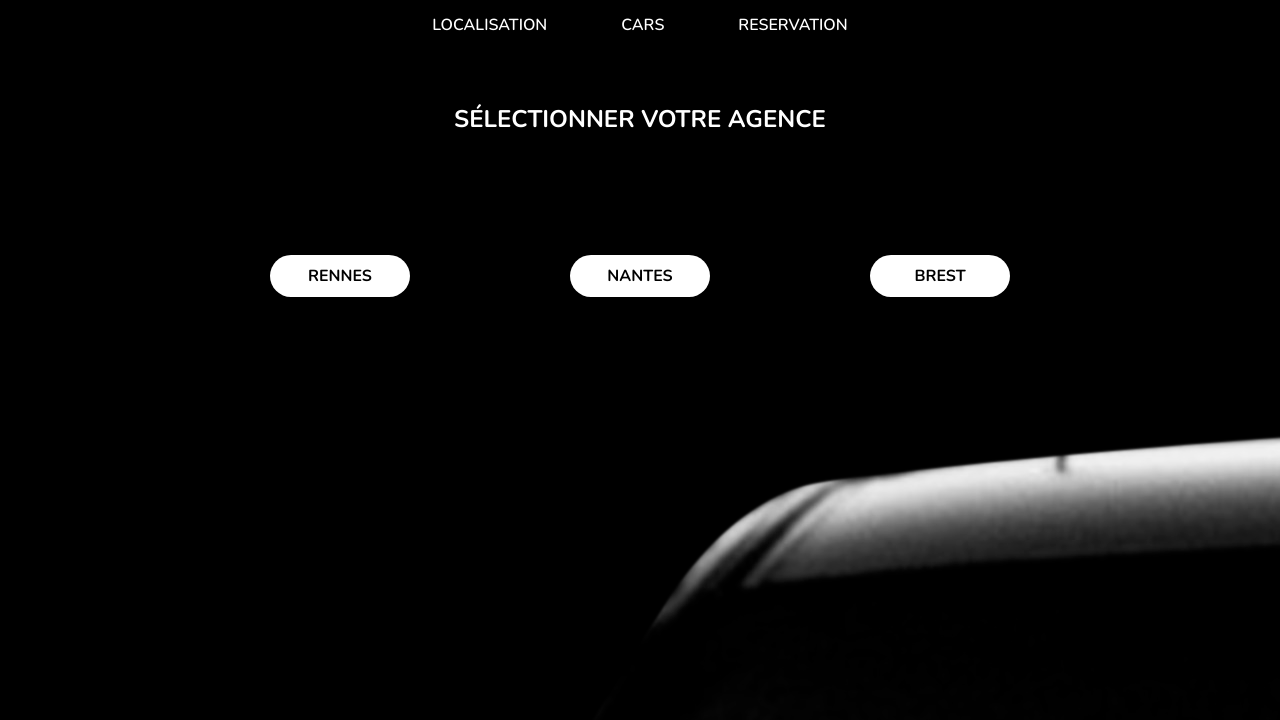
Repository: romgrm/jenaipasdevoiture
Page: src/main/java/fr/romgrm/index.html
These files come from the project's save history. The page is drawn as it stood at one moment and after the next save; the edit follows.
The browser window is 1280 px wide. The pictures show the whole page.
An inner scrolling area shows only its first screen. Some web libraries are served in a nearby version.

Above is the page before, as saved 2020-10-16 16:04:25.

### src/main/java/fr/romgrm/index.html
<!DOCTYPE html>
<html lang="fr">
    <head>
        <title>JENAIPASDARGENT</title>
        <link rel="stylesheet" href="style.css" type="text/css"/>
        <link href="https://fonts.googleapis.com/css2?family=Nunito:ital,wght@0,600;0,700;0,800;1,200;1,300&display=swap" rel="stylesheet">
    </head>
    <body>

        <div class="container">

            <nav class="navbar">
                <ul>
                    <li class="nav"><a href="#LOCALISATION">LOCALISATION</a></li>
                    <li class="nav"><a href="#SELECTCAR">CARS</a></li>
                    <li class="nav"><a href="#RECAPITULATE">RESERVATION</a></li>
                </ul>
            </nav>


            <Section id="LOCALISATION">
                 <h2 class="titre1">SÉLECTIONNER VOTRE AGENCE</h2>
                 <ul>
                     <li class="agence"><a href="#SELECTCAR">RENNES</a></li>
                     <li class="agence"><a href="#SELECTCAR">NANTES</a></li>
                     <li class="agence"><a href="#SELECTCAR">BREST</a></li>
                 </ul>
                 <!--<div class="image"></div>-->
                 <img src="./bmw_cote_retouchée.png"/>
            </Section>




            <Section id="SELECTCAR">
                <h2>CARS</h2>
                <p>"Lorem ipsum dolor sit amet, consectetur adipiscing elit, sed do eiusmod tempor incididunt ut labore et dolore magna aliqua. Ut enim ad minim veniam, quis nostrud exercitation ullamco laboris nisi ut aliquip ex ea commodo consequat. Duis aute irure dolor in reprehenderit in voluptate velit esse cillum dolore eu fugiat nulla pariatur. Excepteur sint occaecat cupidatat non proident, sunt in culpa qui officia deserunt mollit anim id est laborum."</p>
            </Section>




            <Section id="RECAPITULATE">
                <h2>SHOP</h2>
                <p>"Lorem ipsum dolor sit amet, consectetur adipiscing elit, sed do eiusmod tempor incididunt ut labore et dolore magna aliqua. Ut enim ad minim veniam, quis nostrud exercitation ullamco laboris nisi ut aliquip ex ea commodo consequat. Duis aute irure dolor in reprehenderit in voluptate velit esse cillum dolore eu fugiat nulla pariatur. Excepteur sint occaecat cupidatat non proident, sunt in culpa qui officia deserunt mollit anim id est laborum."</p>
            </Section>



        </div>
        <script src="https://cdnjs.cloudflare.com/ajax/libs/gsap/3.5.1/gsap.min.js"></script>
        <script src="app.js"></script>
    </body>
</html>



<!--https://image.freepik.com/photos-gratuite/vue-face-voiture-moderne-generique-sans-marque-lumieres-fond-noir_110488-535.jpg-->

### src/main/java/fr/romgrm/style.css
*{
    margin: 0;
    padding: 0;
}




body{
  color: white;
  /* desactiver le scroll dans le body (pas oublier
  de lui donner une taille sinon ça marche pas*/
  height: 100vh;
  overflow: hidden;


}

.container{
    height: 100%;
    width: 100%;
    /*SCROLL SMOOTH*/
    overflow-y: scroll;
    scroll-behavior: smooth;
    scroll-snap-type: y mandatory;
}

.navbar{
    background-color: rgba(0, 0, 0, 0.5);
    position: fixed;
    top: 0;
    z-index: 1;
    display: flex;
    width: 100%;
    height: 50px;
    font-family: 'Nunito', sans-serif;
    font-weight: 900 bold ;
}

.navbar ul{
    display: flex;
    list-style-type: none;
    width: 100%;
    justify-content: center;
    align-items: center;
    gap: 10px;
}

.navbar ul li{
    margin: 0 1rem;
    padding: 1rem;

}

.navbar ul li a{
    color: white;
    text-decoration: none;
    cursor: pointer;

}

.navbar ul li a:hover{
     zoom: 1.2;
     color: rgb(38, 94, 116);

}






Section{
    display: flex;
    flex-direction: column;
    width: 100%;
    height: 100vh; /* vh = Viewport Height : permet de dimensioner par rapport à la taille de l'écran*/
    text-align: center;
    justify-content: center;
    align-items: center;
    /*SCROLL SNAP ALIGN*/
    scroll-snap-align: center;



}


/*////////////////////////////////////////////////////////////////////////////////////////////////////////////*/



#LOCALISATION{
    background-color: black;
    margin: 0;
    padding: 0;


}

#LOCALISATION h2{
    position: relative;
    bottom: 200px;
    font-family: 'Nunito', sans-serif;
    font-weight: 800 bold ;
    z-index: 1000;

}

#LOCALISATION ul{
    position: relative;
    bottom: 100px;
    z-index: 1;
    display: flex;
    width: 100%;
    align-items: center;
    justify-content: center;
}

#LOCALISATION ul li{
    margin: 20px 80px 20px 80px;
    list-style-type: none;

}

#LOCALISATION ul li a{
    font-family: 'Nunito', sans-serif;
    font-weight: 700;
    color: black;
    cursor: pointer;
    text-decoration: none;
}

.agence{
    background-color: rgb(255, 255, 255);
    padding: 10px 20px;
    width: 100px;
    border-radius: 50px;
    text-align: center;
    align-items: center;
    justify-content: center;

}
.agence:hover {
    background-color: rgb(38, 94, 116);
    cursor: pointer;
}

#LOCALISATION li:hover a{
    color:white;
}





#LOCALISATION p{
    z-index: 1000;
}
/*////////////////////////////////////////////////////////////////////////////////////////////////////////////*/



/*////////////////////////////////////////////////////////////////////////////////////////////////////////////*/



#SELECTCAR{
    background-color: black;
    z-index: 1000;
}

#SELECTCAR h2{
    z-index: 1000;
}

#SELECTCAR p{
    z-index: 1000;
}


/*////////////////////////////////////////////////////////////////////////////////////////////////////////////*/


#RECAPITULATE{
    background-color: black;
    z-index: 1000;
}

#RECAPITULATE h2{
    z-index: 1000;
}

#RECAPITULATE p{
    z-index: 1000;
}

/*////////////////////////////////////////////////////////////////////////////////////////////////////////////*/

/*
#LOCALISATION img{
    position: fixed;
    top: 300px;
    /*top: 80px;

    margin: 0;
    padding: 0;
    z-index: 0;
}*/


img{
    /*background: url('./audi_2_retouchée.png') no-repeat center ;*/
    position: fixed;
    top: 300px;
    z-index: 0;
    size: 20%;


}

### src/main/java/fr/romgrm/app.js
const navbar = document.querySelectorAll('.nav');
const title = document.querySelector('.titre1');
const capsule = document.querySelectorAll('.agence')
const img = document.querySelector('img');

const TL1 = new TimelineMax({paused: true});


TL1

.staggerFrom(navbar, 0.5, {y: -50, opacity: 0}, 0.2)
.from(title, 2, {x: 50, opacity: 0}, '-=0.2')
.staggerFrom(capsule, 1, {x: -100, opacity: 0}, 0.2, '-=2')
.from(img, 2, {opacity:0}, '-=1.5')

//'-=2.5')



TL1.play();

After the next save:
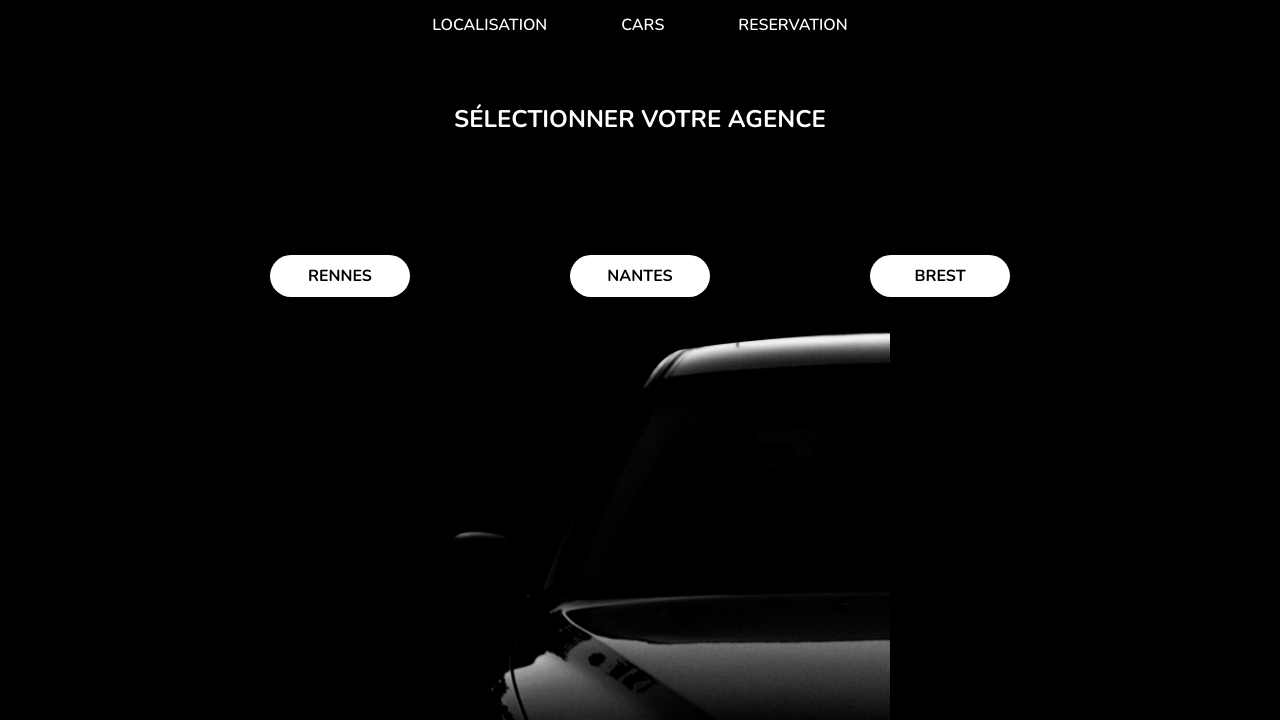
Saved 18 s later.
--- a/src/main/java/fr/romgrm/style.css
+++ b/src/main/java/fr/romgrm/style.css
@@ -214,7 +214,8 @@
     position: fixed;
     top: 300px;
     z-index: 0;
-    size: 20%;
-
-
-}
+    width: 500px;
+    height: 900px;
+
+
+}
